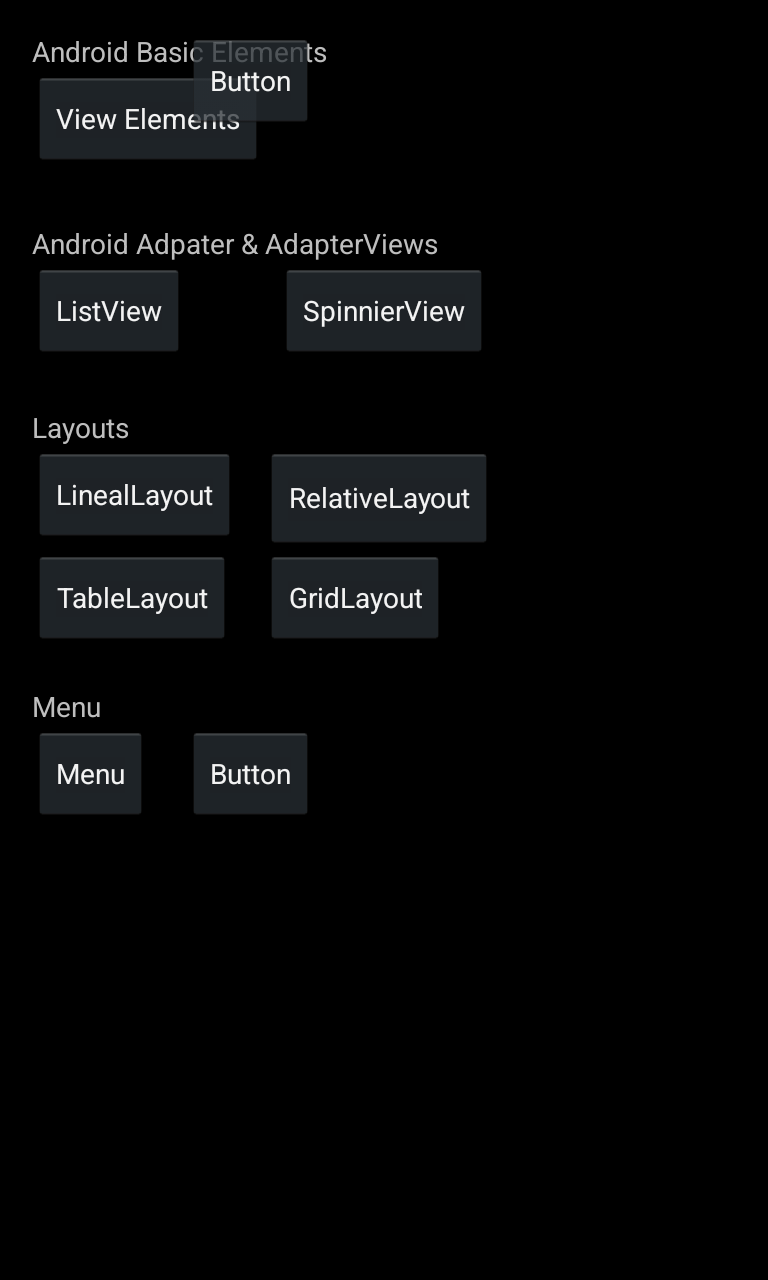
Repository: Amir13/Android_Basic_Steps
Layout: ViewElements/res/layout/activity_main_menu.xml
An editor plug-in stored every save of this project. The layout is shown before and after the next save, followed by the edit.
It is drawn on a 768 x 1280 px phone screen (xhdpi) without system bars, with theme android:Theme.Holo; the app's code is not run.

Above is the layout before, as saved 2014-05-27 04:22:50.

### ViewElements/res/layout/activity_main_menu.xml
<RelativeLayout xmlns:android="http://schemas.android.com/apk/res/android"
    xmlns:tools="http://schemas.android.com/tools"
    android:layout_width="match_parent"
    android:layout_height="match_parent"
    android:paddingBottom="@dimen/activity_vertical_margin"
    android:paddingLeft="@dimen/activity_horizontal_margin"
    android:paddingRight="@dimen/activity_horizontal_margin"
    android:paddingTop="@dimen/activity_vertical_margin"
    tools:context=".MainMenuActivity" >

    <TextView
        android:id="@+id/textView1"
        android:layout_width="wrap_content"
        android:layout_height="wrap_content"
        android:text="@string/viewElements" />

    <TextView
        android:id="@+id/textView2"
        android:layout_width="wrap_content"
        android:layout_height="wrap_content"
        android:layout_alignParentLeft="true"
        android:layout_below="@+id/buttonViewElements"
        android:layout_marginTop="29dp"
        android:text="@string/groupsView" />

    <Button
        android:id="@+id/buttonViewGroups"
        style="?android:attr/buttonStyleSmall"
        android:layout_width="wrap_content"
        android:layout_height="wrap_content"
        android:layout_alignParentLeft="true"
        android:layout_below="@+id/textView2"
        android:text="@string/buttonListView" />

    <Button
        android:id="@+id/buttonSpinnerViewGroup"
        style="?android:attr/buttonStyleSmall"
        android:layout_width="wrap_content"
        android:layout_height="wrap_content"
        android:layout_alignBaseline="@+id/buttonViewGroups"
        android:layout_alignBottom="@+id/buttonViewGroups"
        android:layout_centerHorizontal="true"
        android:text="@string/spinnierView" />

    <Button
        android:id="@+id/buttonViewElements"
        style="?android:attr/buttonStyleSmall"
        android:layout_width="wrap_content"
        android:layout_height="wrap_content"
        android:layout_alignParentLeft="true"
        android:layout_below="@+id/textView1"
        android:text="@string/buttonViewElements" />

    <TextView
        android:id="@+id/textView3"
        android:layout_width="wrap_content"
        android:layout_height="wrap_content"
        android:layout_alignLeft="@+id/buttonViewGroups"
        android:layout_below="@+id/buttonViewGroups"
        android:layout_marginTop="25dp"
        android:text="@string/layoutType" />

    <Button
        android:id="@+id/buttonLinealLayout"
        style="?android:attr/buttonStyleSmall"
        android:layout_width="wrap_content"
        android:layout_height="wrap_content"
        android:layout_alignLeft="@+id/textView3"
        android:layout_below="@+id/textView3"
        android:text="@string/LinealLayout" />

    <Button
        android:id="@+id/buttonRelativeLayout"
        style="?android:attr/buttonStyleSmall"
        android:layout_width="wrap_content"
        android:layout_height="wrap_content"
        android:layout_alignTop="@+id/buttonLinealLayout"
        android:layout_toRightOf="@+id/buttonViewElements"
        android:lines="2"
        android:text="@string/RelativeLayout" />

    <Button
        android:id="@+id/buttonTableLayout"
        style="?android:attr/buttonStyleSmall"
        android:layout_width="wrap_content"
        android:layout_height="wrap_content"
        android:layout_alignLeft="@+id/buttonLinealLayout"
        android:layout_below="@+id/buttonRelativeLayout"
        android:text="@string/TableLayout" />

    <Button
        android:id="@+id/buttonGridLayout"
        style="?android:attr/buttonStyleSmall"
        android:layout_width="wrap_content"
        android:layout_height="wrap_content"
        android:layout_alignBaseline="@+id/buttonTableLayout"
        android:layout_alignBottom="@+id/buttonTableLayout"
        android:layout_alignLeft="@+id/buttonRelativeLayout"
        android:text="@string/GridLayout" />

    <Button
        android:id="@+id/buttonMenu"
        style="?android:attr/buttonStyleSmall"
        android:layout_width="wrap_content"
        android:layout_height="wrap_content"
        android:layout_alignLeft="@+id/textView4"
        android:layout_below="@+id/textView4"
        android:text="@string/menu" />

    <TextView
        android:id="@+id/textView4"
        android:layout_width="wrap_content"
        android:layout_height="wrap_content"
        android:layout_alignLeft="@+id/buttonTableLayout"
        android:layout_below="@+id/buttonTableLayout"
        android:layout_marginTop="21dp"
        android:text="@string/menu" />

    <Button
        android:id="@+id/button2"
        style="?android:attr/buttonStyleSmall"
        android:layout_width="wrap_content"
        android:layout_height="wrap_content"
        android:layout_toRightOf="@+id/buttonViewGroups"
        android:text="Button" />

    <Button
        android:id="@+id/button1"
        style="?android:attr/buttonStyleSmall"
        android:layout_width="wrap_content"
        android:layout_height="wrap_content"
        android:layout_alignBaseline="@+id/buttonMenu"
        android:layout_alignBottom="@+id/buttonMenu"
        android:layout_toRightOf="@+id/buttonViewGroups"
        android:text="Button" />

</RelativeLayout>

### ViewElements/res/values/strings.xml
<?xml version="1.0" encoding="utf-8"?>
<resources>

    <string name="app_name">Android Elements</string>

    <string-array name="Titles">
        <item>Just quotes</item>
        <item>Button &amp; Toggle button</item>
        <item>Checkbox &amp; Ratting Bar</item>
        <item>AutoCompleteTextView</item>
        <item>RadioGroup</item>
    </string-array>
    <string-array name="Quotes">
        <item>The menu was made with frames and the following options who the basic elements.</item>
        <item>As flies to wanton boys, are we to the gods; they kill us for their sport.</item>
        <item>There is a tide in the affairs of men, which taken at the flood, leads on to fortune. Omitted, all the voyage of their life is bound in shallows and in miseries.</item>
    </string-array>
    <string-array name="colors">
        <item>red</item>
        <item>orange</item>
        <item>yellow</item>
        <item>green</item>
        <item>blue</item>
        <item>indigo</item>
        <item>violet</item>
        <item>aqua</item>
        <item>black</item>
        <item>fuchsia</item>
        <item>gray</item>
        <item>grey</item>
        <item>lime</item>
        <item>maroon</item>
        <item>navy</item>
        <item>olive</item>
        <item>purple</item>
        <item>silver</item>
        <item>teal</item>
        <item>white</item>
    </string-array>

    <string name="button">Button</string>
    <string name="title_activity_invoking">InvokingActivity</string>
    <string name="menu_agenda">Agenda </string>
    <string name="menu_directions">Direction </string>
    <string name="menu_submenu">Submenu </string>
    <string name="submenu_opc1">Submenu 1 </string>
    <string name="menu_actionbar">ActionBar</string>
    <string name="submenu_actionbar">Submenu ActionBar</string>
    <string name="second_activity">This activity was invoked by a button!!</string>
    <string name="togglebutton">ToggleButton</string>
    <string name="checkbox">CheckBox Example</string>
    <string name="textview">Type a Country:</string>
    <string name="title_activity_list_view">ListView</string>
    <string name="viewElements">Android Basic Elements</string>
    <string name="groupsView">Android Adpater &amp; AdapterViews</string>
    <string name="title_activity_spinner_vg">SpinnerVG</string>
    <string name="spinner">Pick a Color. Any Color.</string>
    <string name="title_activity_main_menu">Android Elements</string>
    <string name="buttonViewElements">View Elements</string>
    <string name="buttonListView">ListView</string>
    <string name="spinnierView">SpinnierView</string>
    <string name="layoutType">Layouts</string>
    <string name="title_activity_lineal_layout">LinealLayoutActivity</string>
    <string name="hello_world">Hello world!</string>
    <string name="menu_description">Press and Hold this message to show the Context Menu</string>
    <string name="menu_description2">Push the menu button to display the second menu.</string>
    <string name="menu_description3">The ActionBar appear using "android:showAsAction="ifRoom|withText"". Rotate to portrait mode to see the difference.</string>
    <string name="LinealLayout">LinealLayout</string>
    <string name="RelativeLayout">RelativeLayout</string>
    <string name="title_activity_relative_layout">RelativeLayoutActivity</string>
    <string name="relativeLayoutDescription">In the RelativeLayout the elemetnts are arreged according the position of the other elements.</string>
    <string name="TableLayout">TableLayout</string>
    <string name="GridLayout">GridLayout</string>
    <string name="title_activity_table_layout">TableLayoutActivity</string>
    <string name="tableLayoutDescription">This layout is formed by &lt;TableRow> and inside each element define the column of its position. android:layout_column="1"</string>
    <string name="title_activity_grid_layout">GridLayoutActivity</string>
    <string name="title_activity_menu">MenuActivity</string>
    <string name="action_settings">Settings</string>
    <string name="menu">Menu</string>
    <string name="menu_context">Context Menu</string>
    <string name="menu_context_op1">Context Option 1</string>
    <string name="menu_context_op2">Context Option 2</string>
    <string name="menu_context_op3">Context Option 3</string>
    <string name="menu_fragment">fragment</string>

</resources>

Loaded but not shown: ViewElements/res/values/dimens.xml (common file)

After the next save:
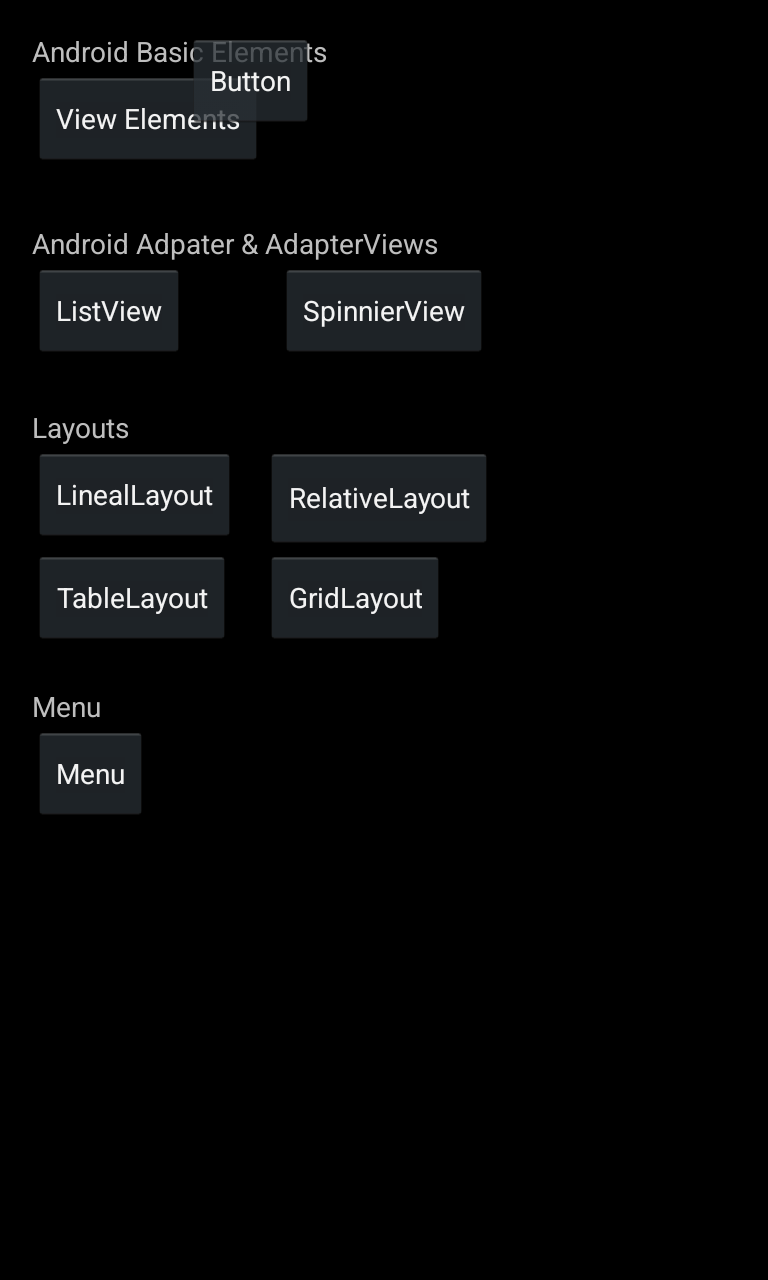
Saved 29 s later.
--- a/ViewElements/res/layout/activity_main_menu.xml
+++ b/ViewElements/res/layout/activity_main_menu.xml
@@ -124,14 +124,6 @@
         android:layout_toRightOf="@+id/buttonViewGroups"
         android:text="Button" />
 
-    <Button
-        android:id="@+id/button1"
-        style="?android:attr/buttonStyleSmall"
-        android:layout_width="wrap_content"
-        android:layout_height="wrap_content"
-        android:layout_alignBaseline="@+id/buttonMenu"
-        android:layout_alignBottom="@+id/buttonMenu"
-        android:layout_toRightOf="@+id/buttonViewGroups"
-        android:text="Button" />
+
 
 </RelativeLayout>

After the save that followed:
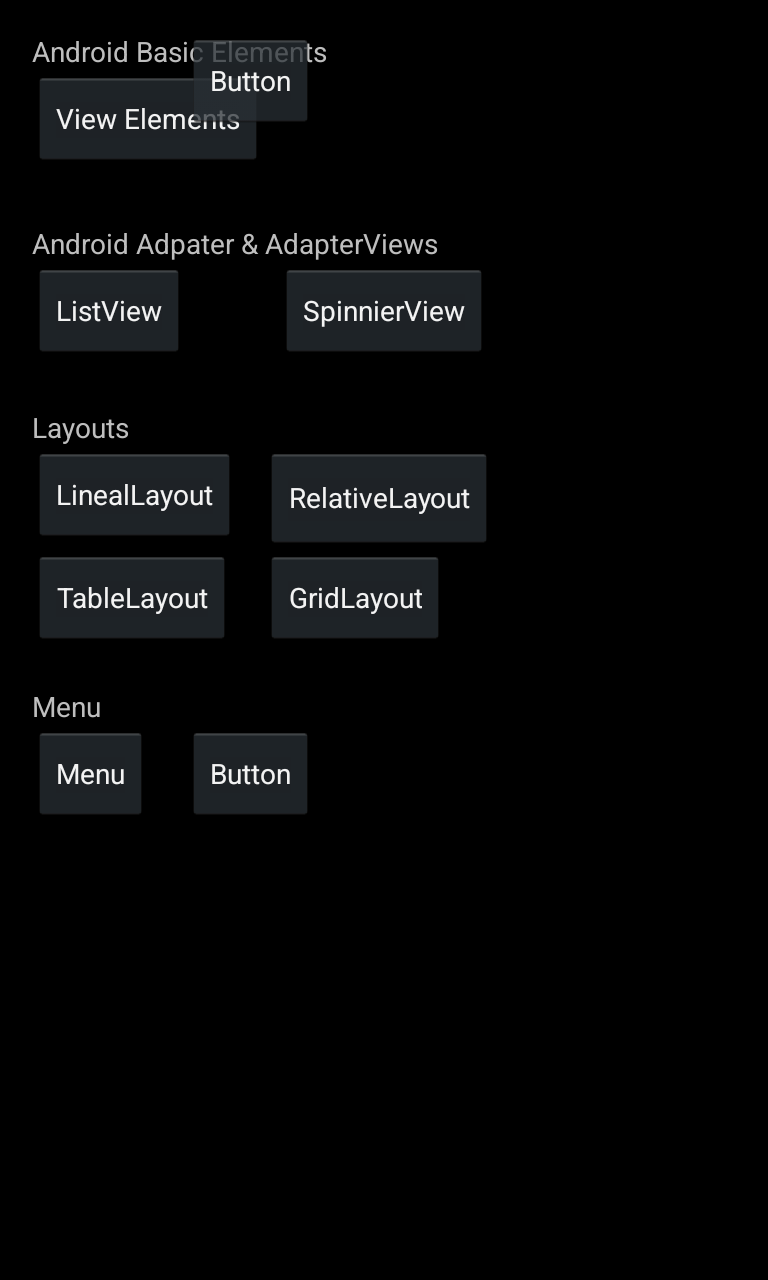
Saved 17 s later.
--- a/ViewElements/res/layout/activity_main_menu.xml
+++ b/ViewElements/res/layout/activity_main_menu.xml
@@ -124,6 +124,14 @@
         android:layout_toRightOf="@+id/buttonViewGroups"
         android:text="Button" />
 
-
+    <Button
+        android:id="@+id/button1"
+        style="?android:attr/buttonStyleSmall"
+        android:layout_width="wrap_content"
+        android:layout_height="wrap_content"
+        android:layout_alignBaseline="@+id/buttonMenu"
+        android:layout_alignBottom="@+id/buttonMenu"
+        android:layout_toRightOf="@+id/buttonViewGroups"
+        android:text="Button" />
 
 </RelativeLayout>
